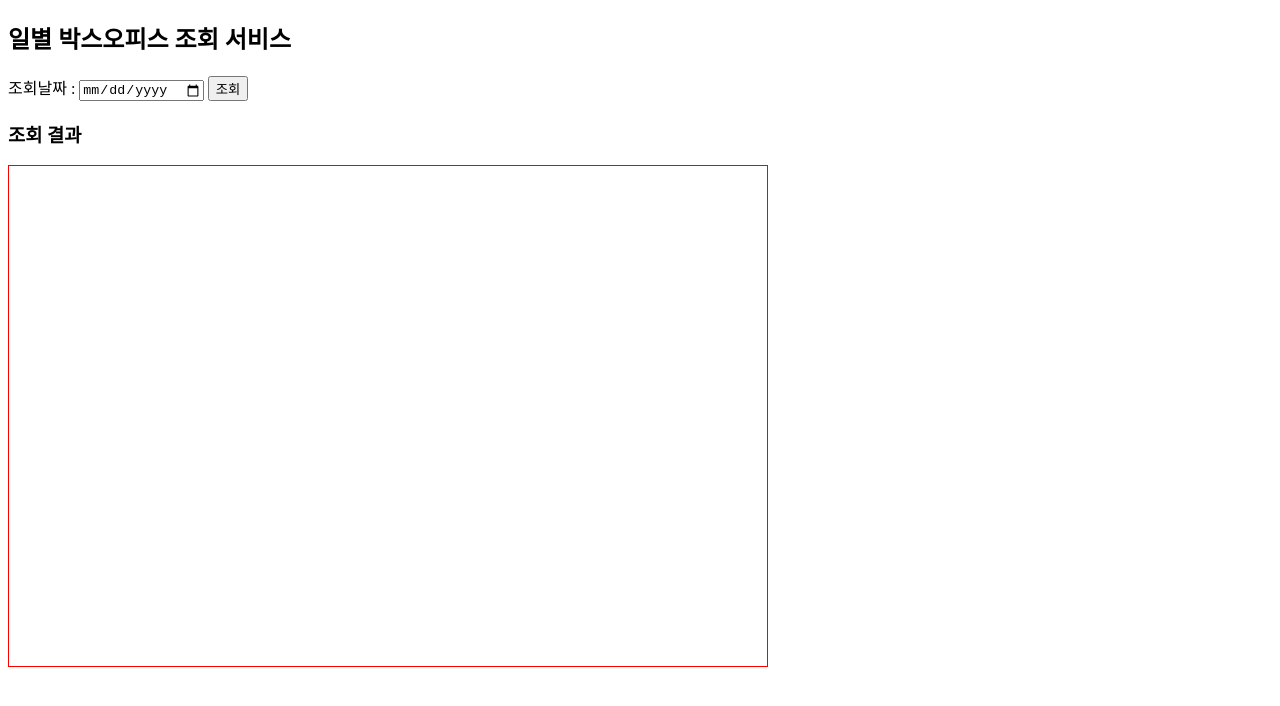
Repository: cdj6995/Web
Page: Lecture-Web/src/main/webapp/ajax/openapitest.html
These files come from the project's save history. The page is drawn as it stood at one moment and after the next save; the edit follows.
The browser window is 1280 px wide. The pictures show the whole page.

Above is the page before, as saved 2022-05-31 07:03:18.

### Lecture-Web/src/main/webapp/ajax/openapitest.html
<!DOCTYPE html>
<html lang="en">
<head>
    <meta charset="UTF-8">
    <meta http-equiv="X-UA-Compatible" content="IE=edge">
    <meta name="viewport" content="width=device-width, initial-scale=1.0">
    <title>Document</title>
    <style>
        #searchResult{
            width: 60%;
            height: 500px;
            border: 1px solid red;
        }
    </style>
    <script src="https://code.jquery.com/jquery-3.6.0.js"></script>
    <script>
        $(document).ready(function(){

            $("#searchBtn").click(function(){

                $.ajax({
                    type : 'get',
                    url : 'http://www.kobis.or.kr/kobisopenapi/webservice/rest/boxoffice/searchDailyBoxOfficeList.json',
                    data : {
                        key : 'c708c2c344aac98b460409cbca275387',
                        targetDt : '20220531'
                    }, success : collback,
                    error : function(){
                        alert('실패')
                    }
                })
            })
        })

        function collback(result){
            console.log(result)
            let list = result.boxOfficeResult.dailyBoxOfficeList
            console.log(list)

            for(let i = 0; i < list.length; i++){
                let rank = list[i].rank
                let name = list[i].movieNm
                let audiCnt = list[i].audiCnt

                $('#searchResult').append('<h4>' + rank + '위<h4>')
                $('#searchResult').append(`<strong>${name}</strong>`)
            }
        }

    </script>
</head>
<body>
    <h2>일별 박스오피스 조회 서비스</h2>
    조회날짜 : <input type="date" id="searchDate">
    <button id="searchBtn">조회</button>
    <h3>조회 결과</h3>
    <div id="searchResult">

    </div>
</body>
</html>

After the next save:
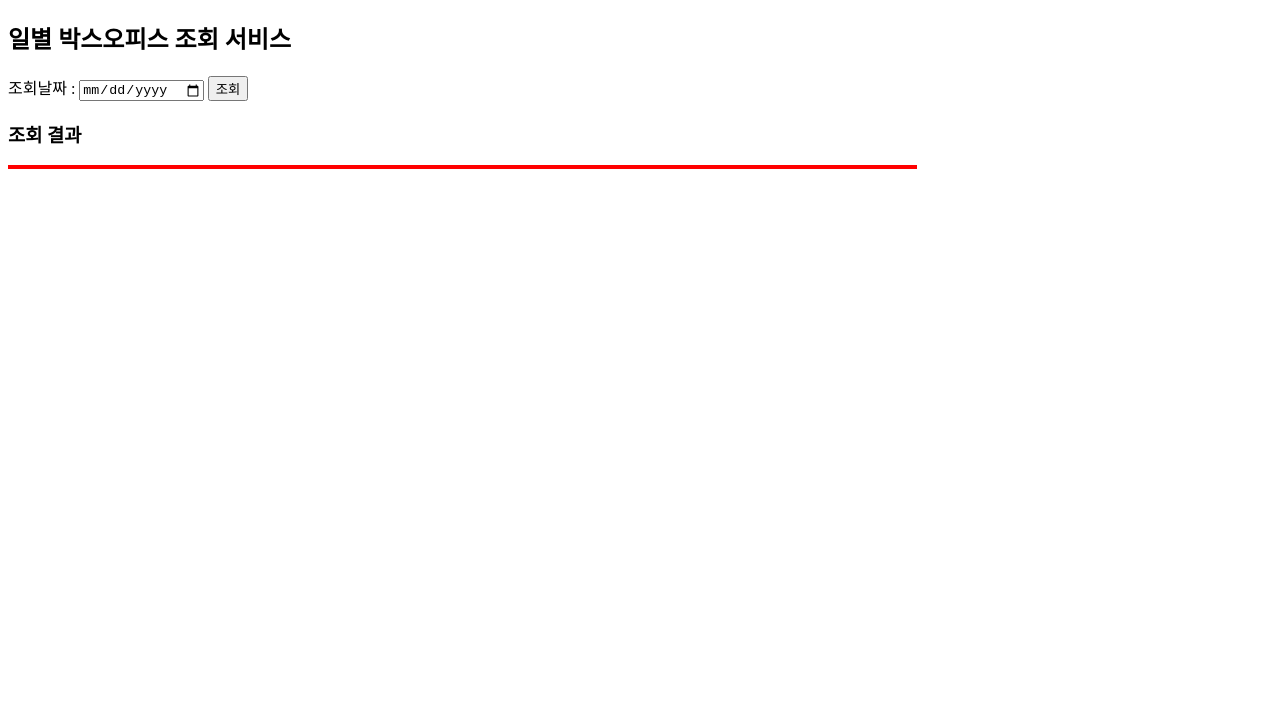
Saved 71 s later.
--- a/Lecture-Web/src/main/webapp/ajax/openapitest.html
+++ b/Lecture-Web/src/main/webapp/ajax/openapitest.html
@@ -4,12 +4,16 @@
     <meta charset="UTF-8">
     <meta http-equiv="X-UA-Compatible" content="IE=edge">
     <meta name="viewport" content="width=device-width, initial-scale=1.0">
-    <title>Document</title>
+    <title>Movie Chart</title>
     <style>
         #searchResult{
-            width: 60%;
-            height: 500px;
-            border: 1px solid red;
+            width: 70%;
+            border: 2px solid red;
+            padding: 0 10px;
+        }
+
+        .show{
+            display: block;
         }
     </style>
     <script src="https://code.jquery.com/jquery-3.6.0.js"></script>
@@ -18,34 +22,99 @@
 
             $("#searchBtn").click(function(){
 
+                let searchDate = $('#searchDate').val().split('-').join('')
+
                 $.ajax({
                     type : 'get',
                     url : 'http://www.kobis.or.kr/kobisopenapi/webservice/rest/boxoffice/searchDailyBoxOfficeList.json',
+
                     data : {
                         key : 'c708c2c344aac98b460409cbca275387',
-                        targetDt : '20220531'
+                        targetDt : searchDate
                     }, success : collback,
                     error : function(){
                         alert('실패')
                     }
                 })
             })
+
+            $(document).on('click', '#detail', function() {
+                let movieCd = $(this).attr("class")
+                console.log(movieCd)
+                $.ajax({
+                    type : 'get',
+                    url : 'http://www.kobis.or.kr/kobisopenapi/webservice/rest/movie/searchMovieInfo.json',
+                    data : {
+                        key : 'c708c2c344aac98b460409cbca275387',
+                        movieCd : movieCd
+                    }, success : collback2,
+                    error : function(){
+                        alert('실패')
+                    }
+
+                })
+            })
         })
 
         function collback(result){
-            console.log(result)
             let list = result.boxOfficeResult.dailyBoxOfficeList
-            console.log(list)
+            $('#searchResult').empty()
 
-            for(let i = 0; i < list.length; i++){
+            for(let i = 0; i < 5; i++){
                 let rank = list[i].rank
                 let name = list[i].movieNm
                 let audiCnt = list[i].audiCnt
+                let movieCd = list[i].movieCd
 
-                $('#searchResult').append('<h4>' + rank + '위<h4>')
+                $('#searchResult').append('<h4>' + rank + '위</h4>')
                 $('#searchResult').append(`<strong>${name}</strong>`)
+                $('#searchResult').append(`(${audiCnt}명)`)
+                // 각 영화에 고유한 값을 주기위해 영화코드를 각각 준다.
+                $('#searchResult').append(`<br><button id="detail" class="${movieCd}">상세보기</button>`)
+                $('#searchResult').append(`<div id="detailResult${movieCd}"></div>`)
+                $('#searchResult').append('<hr>')
             }
         }
+
+        // 클래스에 show가 있으면 div공간을 비우고 숨긴다.
+        // 클래스에 show가 없으면 추가 시키고 보이게 하면서 데이터를 넣는다.
+        function collback2(input){
+            let list = input.movieInfoResult.movieInfo
+
+            let directors = list.directors
+            let genres = list.genres
+            let actors = list.actors
+            let movieCd = list.movieCd
+
+            if($(`#detailResult${movieCd}`).hasClass("show")){
+                $(`#detailResult${movieCd}`).removeClass("show")
+                $(`#detailResult${movieCd}`).empty()
+                $(`#detailResult${movieCd}`).hide()
+            }else{
+                $(`#detailResult${movieCd}`).addClass("show")
+                $(`#detailResult${movieCd}`).show()
+
+                $(`#detailResult${movieCd}`).css({
+                    'border' : '1px solid blue',
+                    'margin-top' : '5px',
+                    'padding' : '5px 5px',
+                })
+
+                $(`#detailResult${movieCd}`).append(`감독 : ${directors[0].peopleNm}<br>`)
+                $(`#detailResult${movieCd}`).append(`장르 : `)
+                for(let j = 0; j < genres.length; j++){
+                    $(`#detailResult${movieCd}`).append(`${genres[j].genreNm} `)
+                }
+
+                $(`#detailResult${movieCd}`).append(`<br>배우정보<br>`)
+                for(let i = 0; i < actors.length; i++){
+                    $(`#detailResult${movieCd}`).append(`${actors[i].peopleNm}(${actors[i].cast})<br>`)
+                }
+            }
+
+        }
+
+
 
     </script>
 </head>
